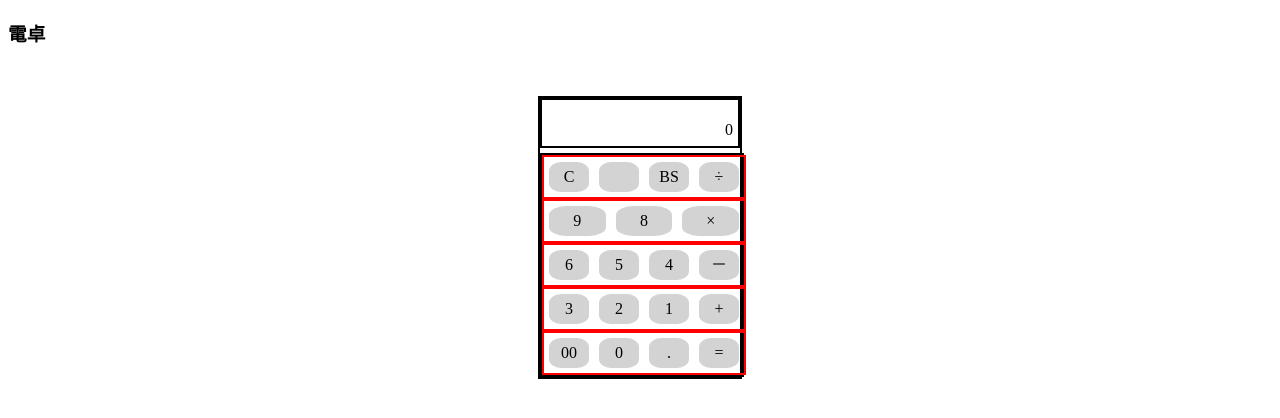
Repository: haya67/jsCalculator
Page: index.html
The author's editor kept a record of every edit. The page is drawn from the files as they stood at one moment, then again after the next edit.
The browser window is 1280 px wide. The pictures show the whole page.
Some web libraries are served in a nearby version.

Above is the page before.

### index.html
 <!DOCTYPE html>
 <html lang="en">
 <head>
 <meta charset="utf-8">
 <script src="https://code.jquery.com/jquery-3.2.1.js" integrity="sha256-DZAnKJ/6XZ9si04Hgrsxu/8s717jcIzLy3oi35EouyE=" crossorigin="anonymous"></script>
 <link rel="stylesheet" href="main.css">
 <title>電卓</title>
 </head>

 <body>
 <h3>電卓</h3>

 <!-- ここに記述していきましょう！ -->
 <div class = "container">

<!--      計算結果を出力する場所-->
      <div id = "output_total" class="output ">0</div>

<!--      計算過程を出力する -->
      <div id = "output_sub" class="output active">0</div>

<!--      ボタンを配置する場所-->
      <div class = 'input'>
          <section class = 'row'>
            <div id = "clear">C</div>
            <div class = "num_bth"></div>
            <div class = "num_bth" id="bs">BS</div>
            <div class = "num_bth cal" data-index-id= '/'>÷</div>
          </section>
          <section class = 'row'>
            <div class = "num_bth one_nine " data-index-id = 9 >9</div>
            <div class = "num_bth one_nine " data-index-id = 8 >8</div>

            <div class = "num_bth cal" data-index-id = '*'>×</div>
          </section>
          <section class = 'row'>
            <div class = "num_bth one_nine " data-index-id = 6 >6</div>
            <div class = "num_bth one_nine " data-index-id = 5 >5</div>
            <div class = "num_bth one_nine " data-index-id = 4 >4</div>
            <div class = "num_bth cal" data-index-id = '-'>－</div>
          </section>
          <section class = 'row'>
            <div class = "num_bth one_nine " data-index-id = 3 >3</div>
            <div class = "num_bth  one_nine" data-index-id = 2 >2</div>
            <div class = "num_bth  one_nine" data-index-id = 1 >1</div>
            <div class = "num_bth cal" data-index-id = '+'>+</div>
          </section>
          <section class = 'row'>
            <div class = "num_bth" data-index-id = 00 >00</div>
            <div class = "num_bth" id="zero" data-index-id = 0 >0</div>
            <div class = "num_bth" id="point" data-index-id = . >.</div>
            <div id = 'equal_btn'>=</div>
          </section>
      </div>
    </div>

 <script src="main.js"></script>
 </body>
 </html>

### main.css
.container {
  width: 200px;
  margin: 50px auto;
  border: 2px solid black;
}

.output {
  width: 200px;
  height: 50px;
  line-height: 50px;
  text-align: right;
  padding: 5px;
  margin-bottom: 5px;
  border:2px solid black;
  box-sizing: border-box;
  display:none;
}

.output.active {
  display:block;
}

.input {
  width:200px;
  border: 2px solid black;
}

.row {
  display: flex;
  justify-content: space-between;
  border: 2px solid red;
  width: 200px;
}

.num_bth, #clear, #equal_btn{
  width: 60px;
  height: 30px;
  text-align: center;
  line-height: 30px;
  border-radius: 30%;
  background: lightgray;
  cursor: pointer;
  margin: 5px;
}

### main.js
$(document).ready(function(){

    const num_bth = document.querySelectorAll('.num_bth');

    // 計算結果を表示する所
    let output_sub = document.getElementById('output_sub');

    // 計算過程を表示するところ
    const output_total = document.getElementById('output_total');

    // 計算式を表す変数
    let total = 0;

    // // 最初の状態を定義
    let state = 'start';

    // 最初の整数入力モード
    let mode = 'integer_mode';


    // 1~9を押した時
    const one_nine = document.querySelectorAll ('.one_nine');
    one_nine.forEach(index => {
        index.addEventListener('click', () => {
            if(state === 'start') {
                total = index.dataset.indexId;
            }else if (state === 'finish') {
                reset();
                total = index.dataset.indexId;
            }else if (state === 'calculation' ) {
                total += index.dataset.indexId;
            }
            output_sub.textContent = total;
            state = 'calculation'
            // changeOutput()
        });
    });


    // 0を押したとき
    const zero = document.getElementById('zero');
    zero.addEventListener('click', () => {
        if(state === 'start' || state === 'finish' || state === 'calBtn'){
            if(output_sub.textContent.slice(-1) === '0') {
                console('前の文字はゼロ');
                return;
            }
        }

        if(state === 'start') {
            total = zero.dataset.indexId;
        }else {
            total += zero.dataset.indexId;
        }
        output_sub.textContent = total;
    });


    // .を押したとき
    const point = document.getElementById('point');
    point.addEventListener('click' , () => {
        console.log(point.dataset.indexId)
        if(mode === 'decimal_mode') {
            return;
        }
        if (state === 'start' || state === 'finish' ) {
            total = 0;
        }else if(state = 'calBtn') {
            if(output_sub.textContent.slice(-1) !=='0'){
                total += 0;
            }
        }
        total += point.dataset.indexId

        output_sub.textContent = total;
        state = 'calculation';
        mode = 'decimal_mode';

    });

    // +÷-×を押したとき
    const cal = document.querySelectorAll('.cal');
    cal.forEach(index => {
        index.addEventListener('click' , () => {
            if (state === 'start') {
                return;
            }else if(state === 'calculation') {
                total += index.dataset.indexId;
            }else if(state === 'finish') {
                total = output_total.textContent;
                total += index.dataset.indexId;
                output_total.textContent = 0;
            }
            console.log(index.dataset.indexId);
            output_sub.textContent = total;
            state = 'calBtn';
            mode = 'integer_mode';
        });
    });




    // =を押した時
    const equal_btn = document.getElementById('equal_btn');
    equal_btn.addEventListener('click', () => {
        console.log(eval(total));
        output_total.textContent = eval(total);
        state = 'finish';
        mode = 'integer_mode';
    });


    // Cを押した時
    const clear = document.getElementById('clear')
    clear.addEventListener('click' , () =>{
        reset();
    });

    function reset() {
        total = 0;
        output_sub.textContent = 0;
        output_total.textContent = 0;
        mode = 'integer_mode';
    };


    // // 計算過程画面と計算結果画面の切り替え
    function changeOutput() {
        if (state === 'finish') {
            output_total.classList.add('active');
            output_sub.classList.remove('active');
        } else{
            output_sub.classList.add('active');
            output_total.classList.remove('active');
        }
    };





})

After the next edit:
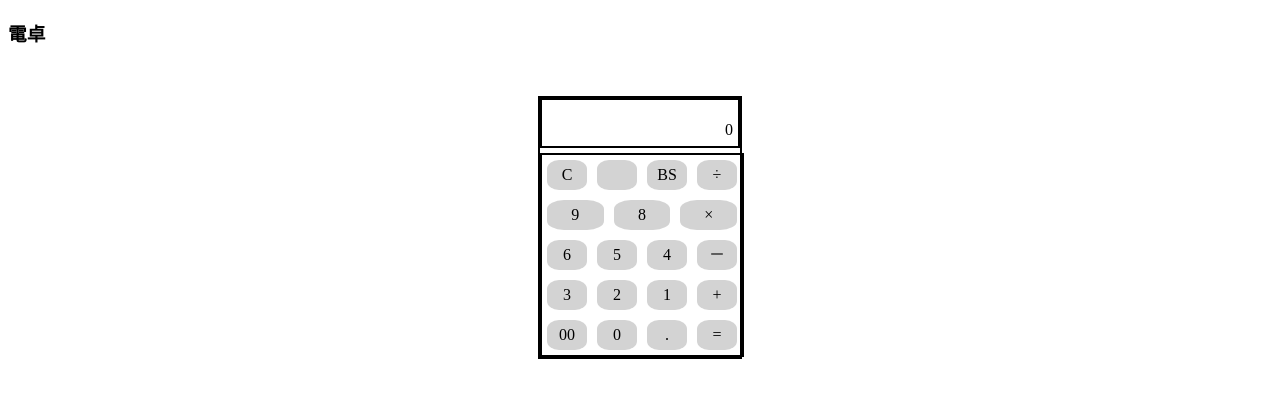
The edit:
--- a/main.css
+++ b/main.css
@@ -28,7 +28,6 @@
 .row {
   display: flex;
   justify-content: space-between;
-  border: 2px solid red;
   width: 200px;
 }
 
